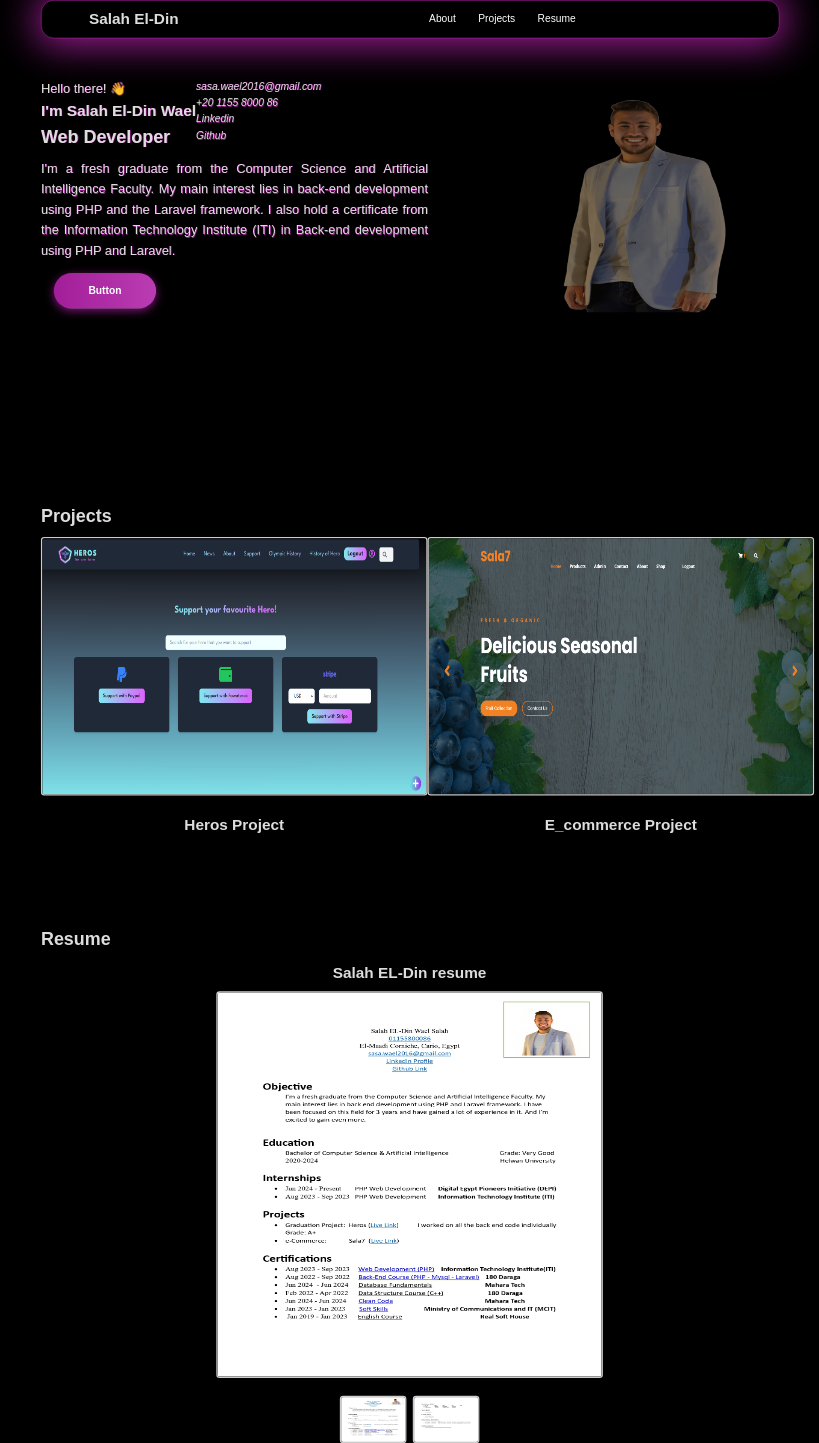
Repository: Salah-Wael/Salah-EL-Din-Portfolio
Page: index.html
These files come from the project's save history. The page is drawn as it stood at one moment and after a run of saves; the edit follows.
The browser window is 1280 px wide. The pictures show the whole page, at 64% of full size.

Above is the page before, as saved 2024-07-28 03:15:56.

After the next 3 saves:
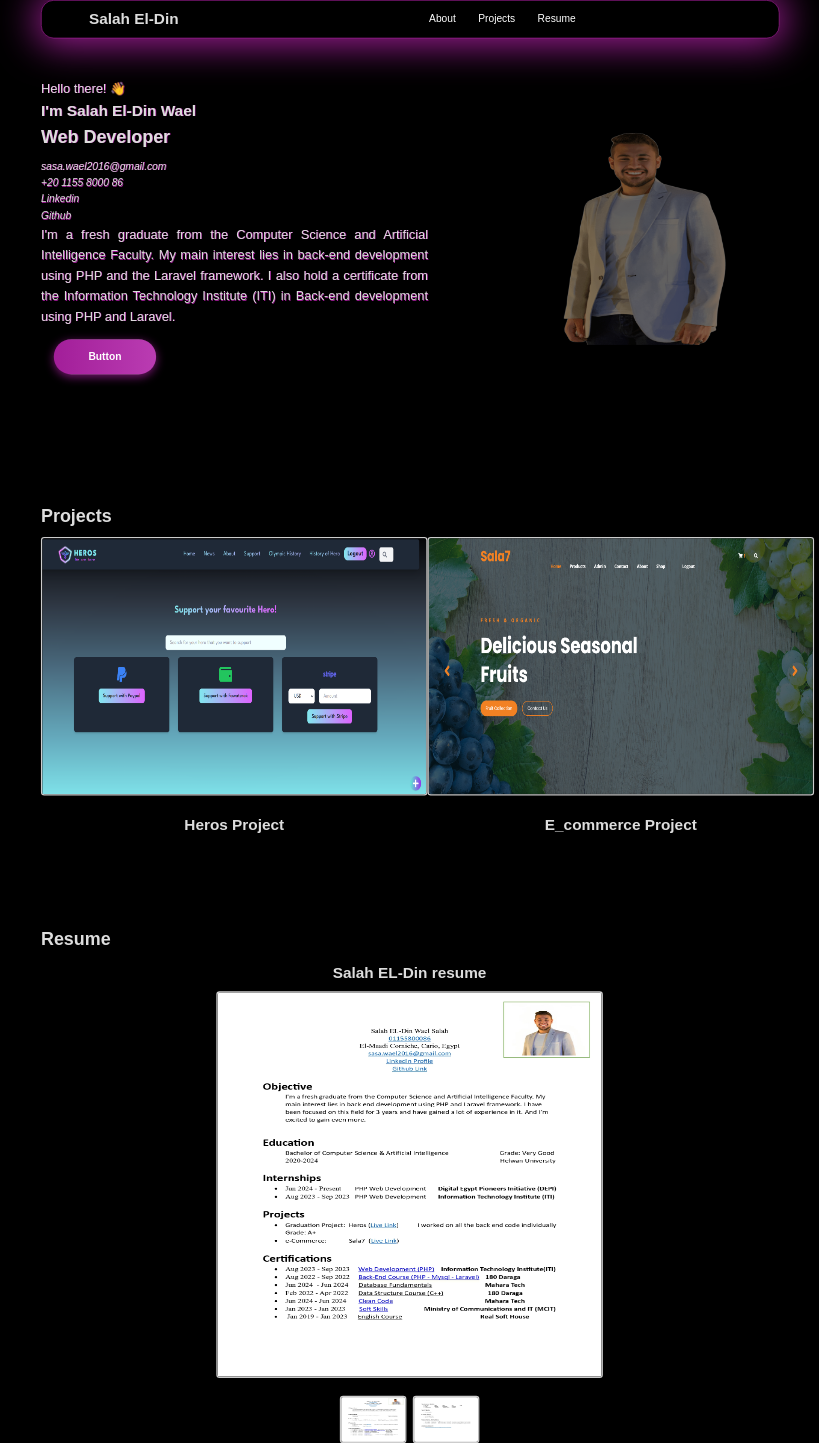
The 3 saves are shown as one change because they came seconds apart.
The last was saved 24 s later.
--- a/index.html
+++ b/index.html
@@ -21,7 +21,7 @@
   <section id="about">
     <div class="about">
       <div class="content">
-        <div style="display: flex;">
+        <div class="info">
           <div>
             <p>Hello there! 👋</p>
             <h1>I'm Salah El-Din Wael</h1>

After the 5 saves that followed:
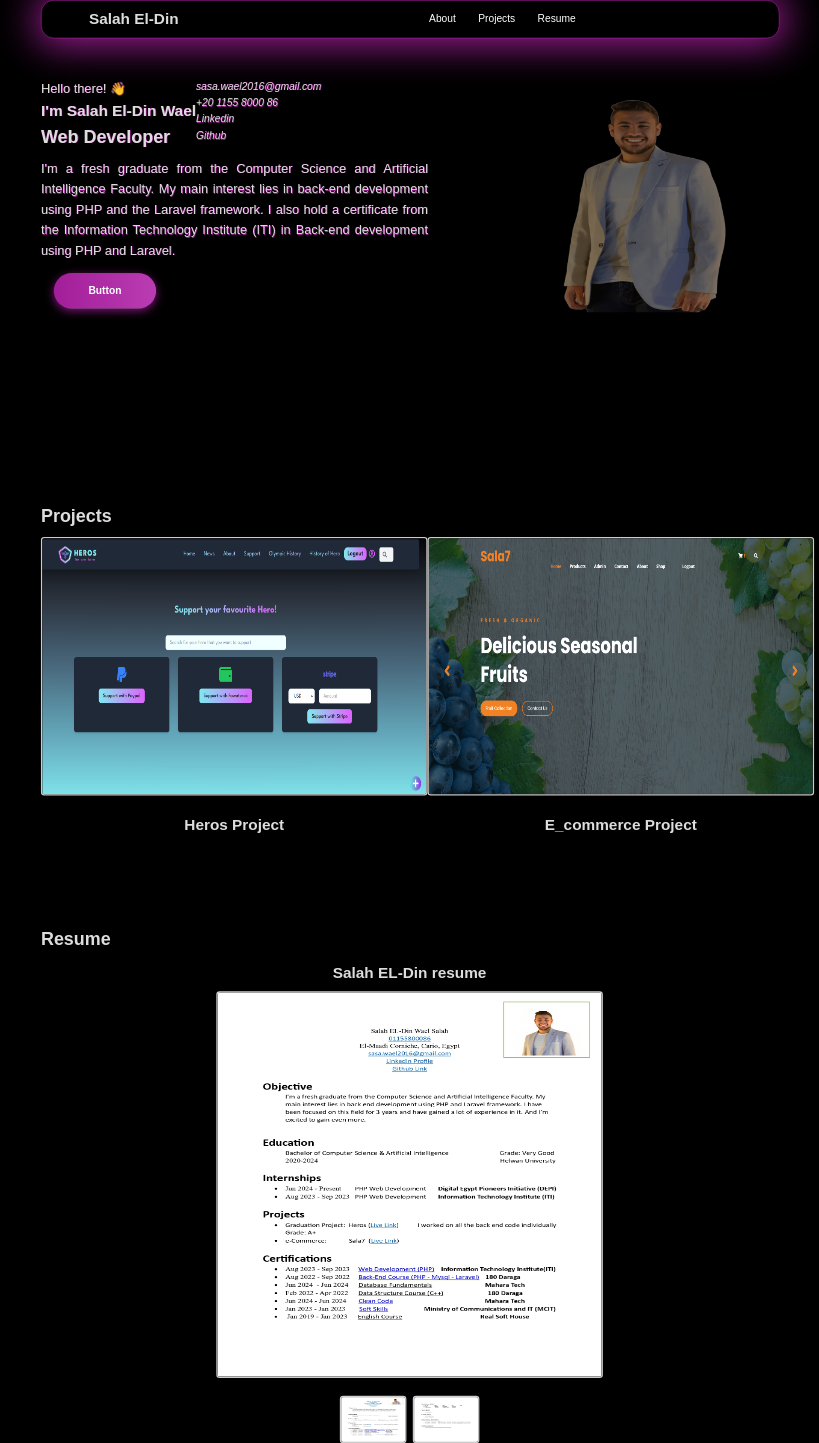
The 5 saves are shown as one change because 1 left the picture as it was and some came seconds apart.
The last was saved 35 s later.
--- a/style.css
+++ b/style.css
@@ -106,6 +106,10 @@ section p {
 
 .about .content{
   text-shadow: 1px 1px 1px #a21e99;
+}
+.about .content .info{
+  display: flex;
+
 }
 
 .about div p{
